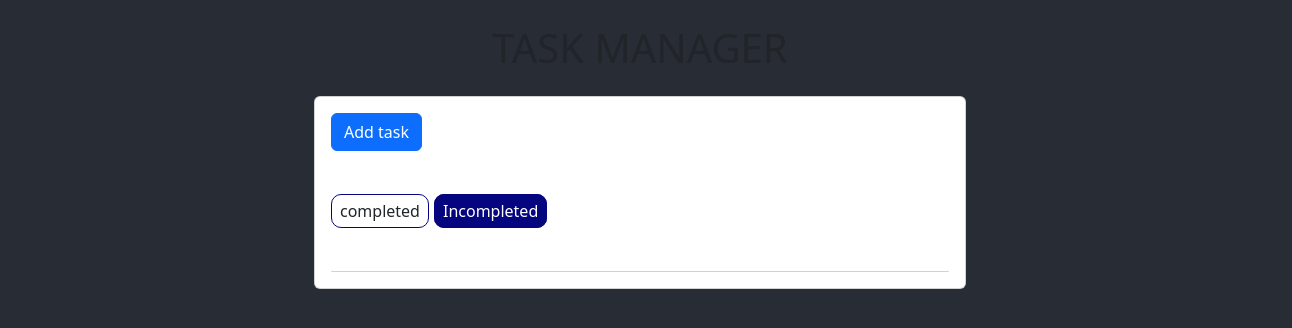
Repository: Jcparks84/task_manager
Page: / (app in frontend/)
An editor plug-in stored every save of this project. The page is shown before and after the next save, followed by the edit.
The browser window is 1280 px wide. The page is 1292 px wide, so the pictures cover 1292 px, including what lies to the right of the window. The pictures show the whole page.
The page's requests for data from a server got no answer. The project was rebuilt for these pictures with package versions that can differ from the ones it lists, and the page was loaded fresh each time. No one was signed in, and anything a server would have sent is missing. Also part of the build but not shown: frontend/src/components/Modal.js.

Above is the page before, as saved 2022-08-11 17:12:18.

After the next save:
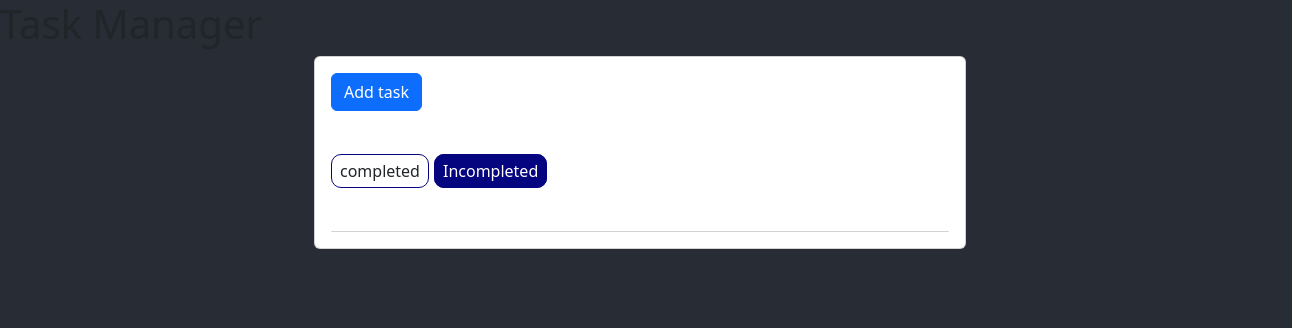
Saved 23 s later.
--- a/frontend/src/App.js
+++ b/frontend/src/App.js
@@ -129,7 +129,7 @@ class App extends Component {
   render() {
     return (
       <main className="content">
-        <h1 className="text-coral text-uppercase text-center my-4">Task Manager</h1>
+        <h1>Task Manager</h1>
         <div className="row ">
           <div className="col-md-6 col-sm-10 mx-auto p-0">
             <div className="card p-3">
